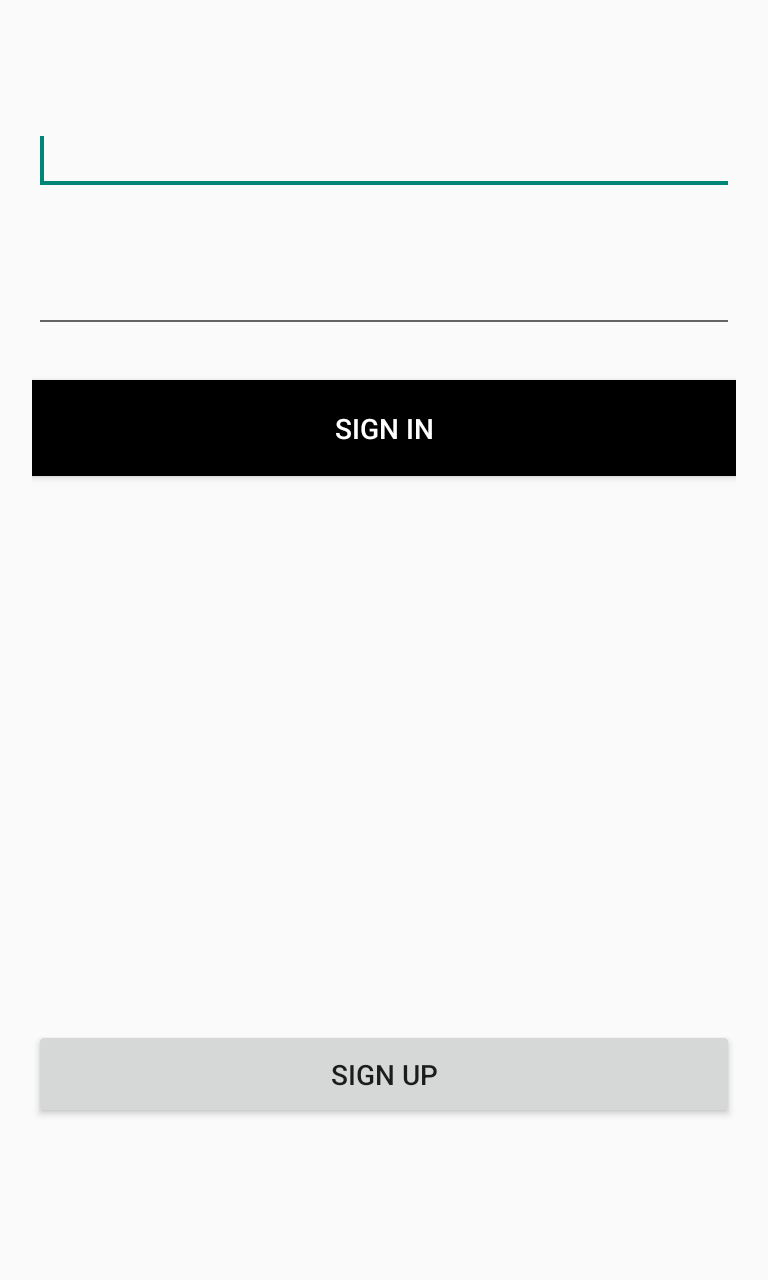
Repository: uditha2233/Anything
Layout: Local Android/AnyThing/AnyThing/res/layout/fragment_login.xml
The author's editor kept a copy of each file at every save. The layout is drawn from the files as they stood at one save, then again after the next save.
It is drawn on a 768 x 1280 px phone screen (xhdpi) without system bars, with theme AppTheme; the app's code is not run.

Above is the layout before, as saved 2014-05-29 03:36:58.

After the next save:
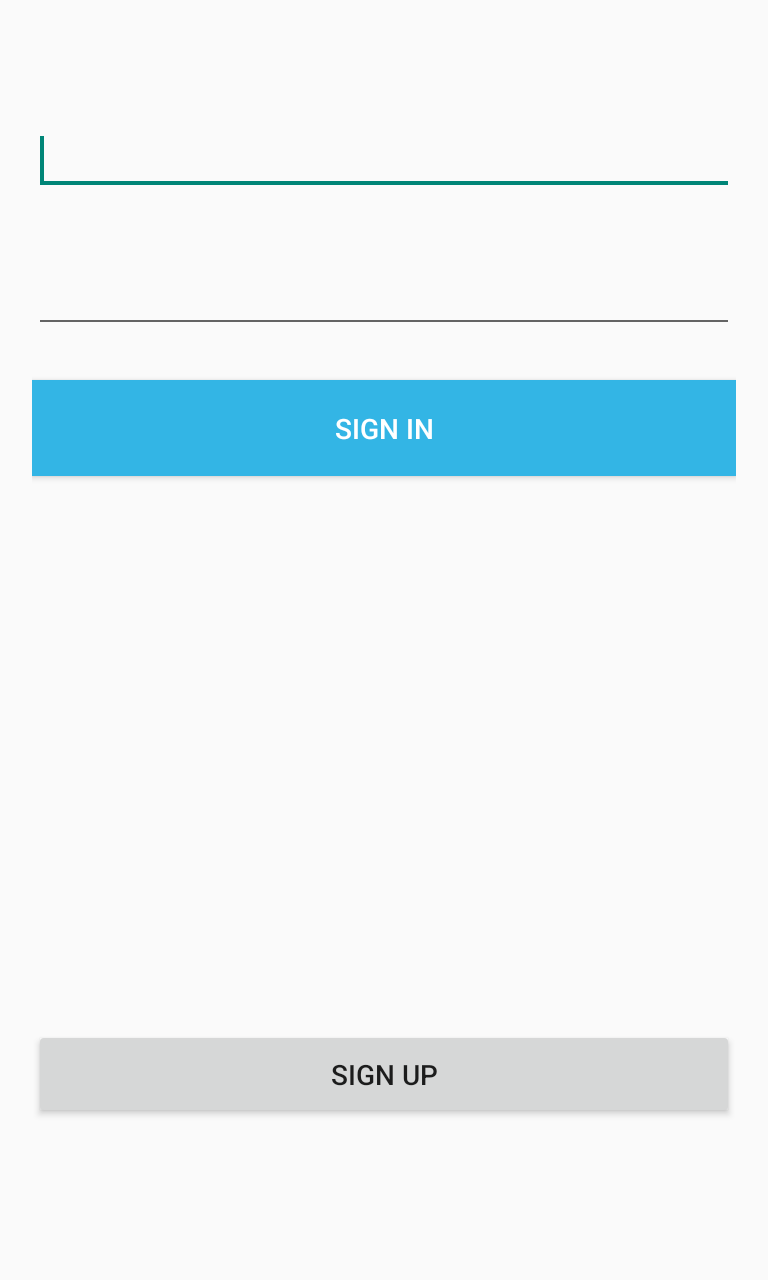
Saved 45 s later.
--- a/Local Android/AnyThing/AnyThing/res/layout/fragment_login.xml
+++ b/Local Android/AnyThing/AnyThing/res/layout/fragment_login.xml
@@ -43,7 +43,7 @@
         android:layout_marginTop="21dp"
         android:text="@string/signin"
         android:onClick="login"
-        android:background="@android:color/black"
+        android:background="@android:color/holo_blue_light"
         android:textColor="@android:color/white"/>
 
     <Button
